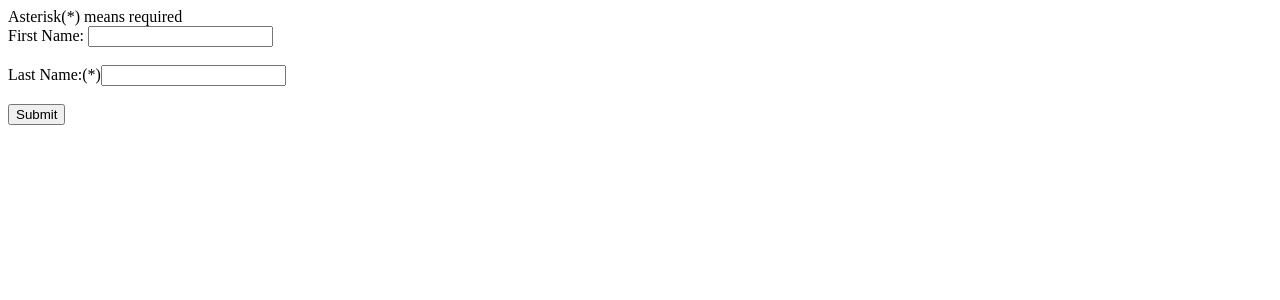
Repository: cs2252/spring-udemy
Page: http://localhost/spring-mvc-demo/customer/showForm
The author's editor kept a copy of each file at every save. The page is drawn from the files as they stood at one save, then again after the next save.
The browser window is 1280 px wide. The pictures show the whole page.
The page is served by Tomcat 9.

Above is the page before, as saved 2020-06-17 19:52:54.

After the next save:
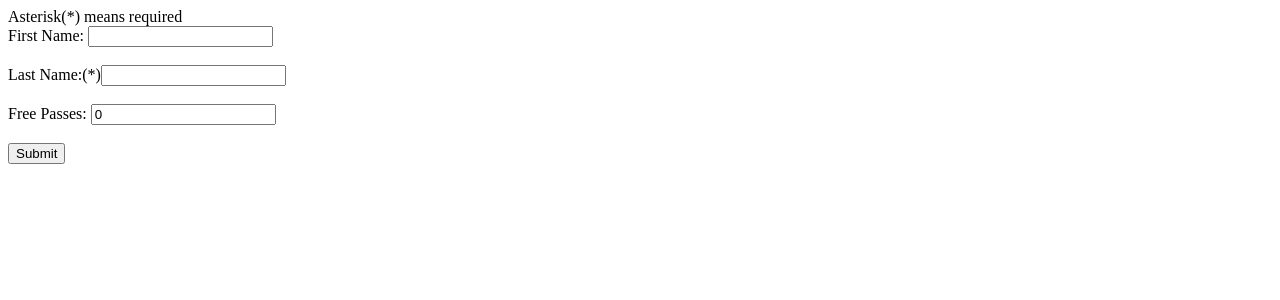
Saved 89 s later.
--- a/spring-mvc-demo/WebContent/WEB-INF/view/customer-form.jsp
+++ b/spring-mvc-demo/WebContent/WEB-INF/view/customer-form.jsp
@@ -16,6 +16,9 @@
 	Last Name:(*)<form:input path="lastName"/>
 	<form:errors path="lastName" cssClass="error"/>
 	<br><br>
+	Free Passes: <form:input path="freePass"/>
+	<form:errors path="freePass" cssClass="error"/>
+	<br><br>
 	<input type="submit" value="Submit" />
 	</form:form>
 </body>
